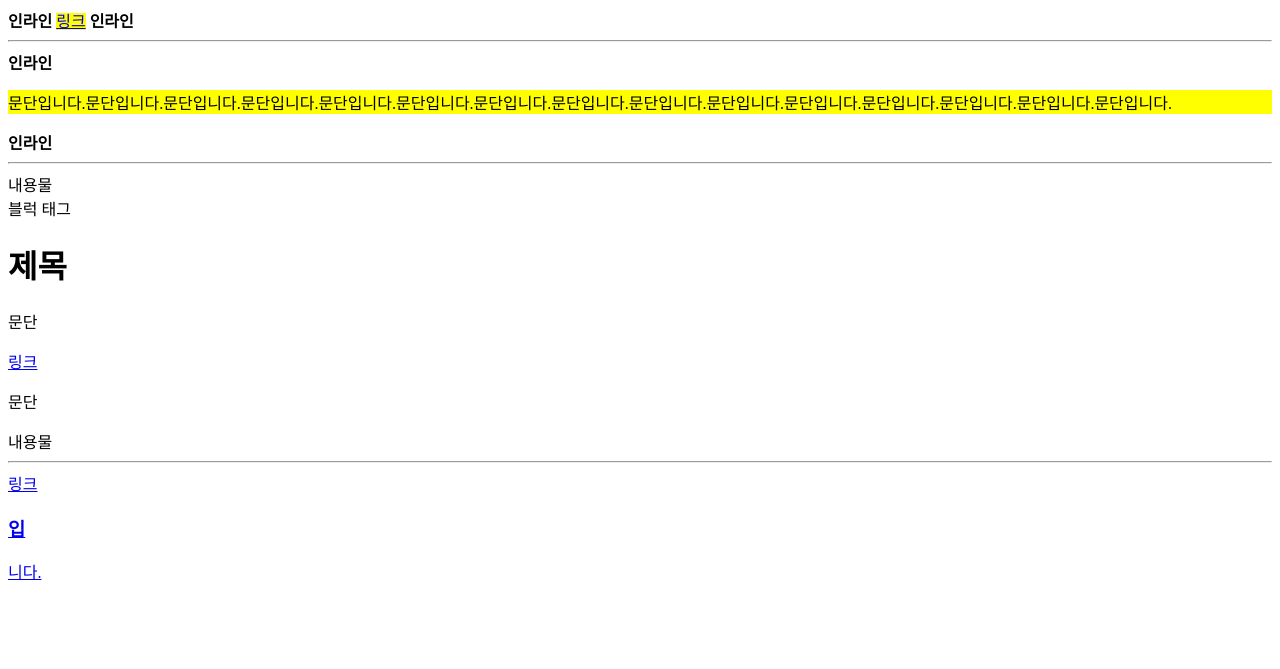
Repository: ssj5037/Class-Study
Page: [5] HTML, CSS, JavaScript/ClientTest/WebContent/Ex12_tag.html
The author's editor kept a copy of each file at every save. The page is drawn from the files as they stood at one save, then again after the next save.
The browser window is 1280 px wide. The pictures show the whole page.

Above is the page before, as saved 2020-06-19 03:27:28.

After the next save:
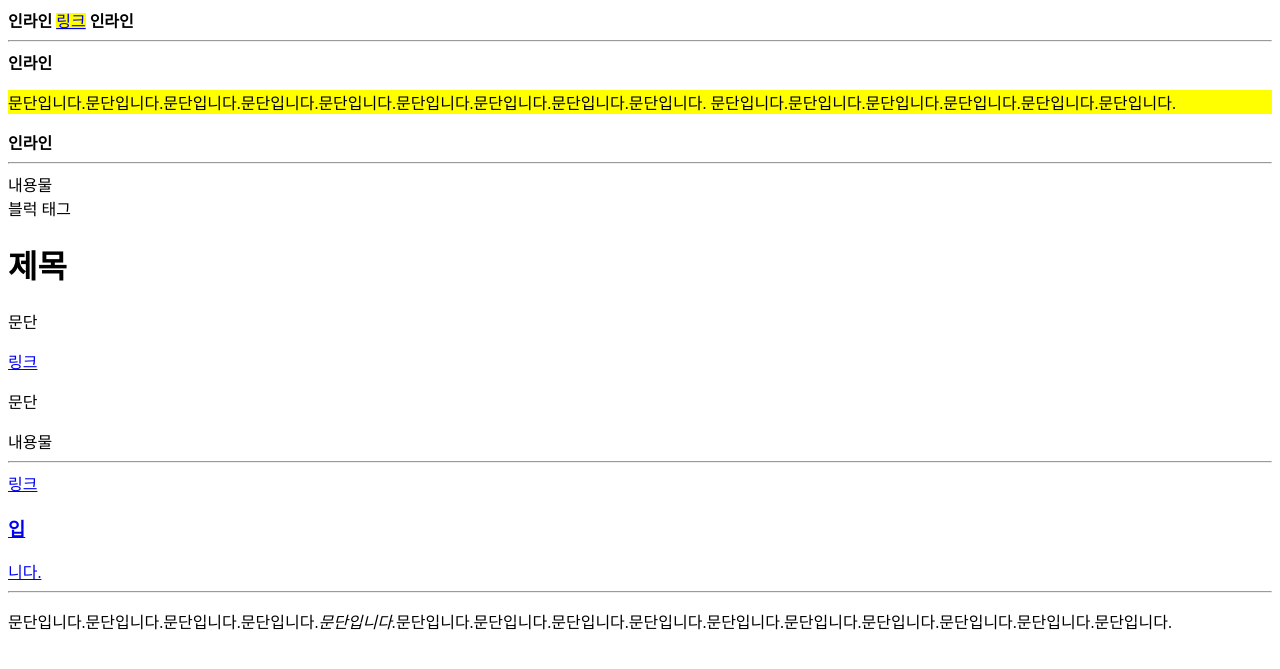
Saved 2 min 52 s later.
--- a/[5] HTML, CSS, JavaScript/ClientTest/WebContent/Ex12_tag.html
+++ b/[5] HTML, CSS, JavaScript/ClientTest/WebContent/Ex12_tag.html
@@ -32,7 +32,8 @@
 		1. 블럭 태그는 자식으로 또 다른 블럭 태그를 가질 수 있다.
 		2. 블럭 태그는 자식으로 또 다른 인라인 태그를 가질 수 있다.
 		3. 인라인 태그는 자식으로 또 다른 인라인 태그를 가질 수 있다.
-		3. 인라인 태그는 자식으로 또 다른 블럭 태그를 가질 수 없다.(***)
+		4. 인라인 태그는 자식으로 또 다른 블럭 태그를 가질 수 없다.(***)
+		5. 블럭 태그 중 <p> 태그만은 자식으로 인라인 태그만 가질 수 있다.(예외)
 
 	-->
 
@@ -43,7 +44,8 @@
 	<hr>
 
 	<b>인라인</b>
-	<p style="background-color:yellow">문단입니다.문단입니다.문단입니다.문단입니다.문단입니다.문단입니다.문단입니다.문단입니다.문단입니다.문단입니다.문단입니다.문단입니다.문단입니다.문단입니다.문단입니다.</p>
+	<p style="background-color:yellow">문단입니다.문단입니다.문단입니다.문단입니다.문단입니다.문단입니다.문단입니다.문단입니다.문단입니다.
+	문단입니다.문단입니다.문단입니다.문단입니다.문단입니다.문단입니다.</p>
 	<strong>인라인</strong>
 
 	<hr>
@@ -62,6 +64,9 @@
 
 	<a href="#">링크<h3>입</h3>니다.</a>
 
+	<hr>
+
+	<p>문단입니다.문단입니다.문단입니다.문단입니다.<i>문단입니다.</i>문단입니다.문단입니다.문단입니다.문단입니다.문단입니다.문단입니다.문단입니다.문단입니다.문단입니다.문단입니다.</p>
 
 </body>
 </html>
